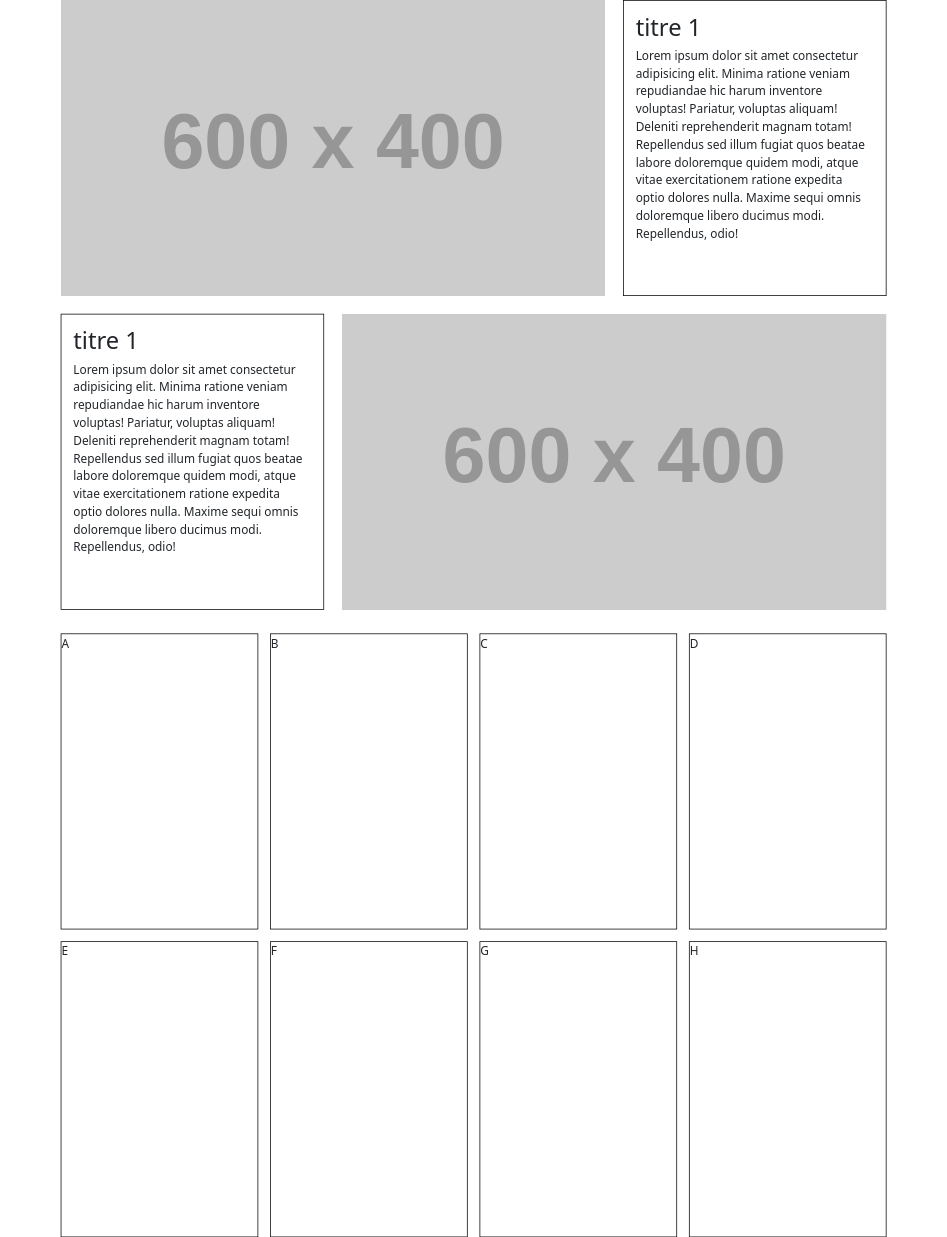
Repository: fbansept/ran3_24_jeu
Page: correction-tp.html
An editor plug-in stored every save of this project. The page is shown before and after a run of saves, followed by the edit.
The browser window is 1280 px wide. The pictures show the whole page, at 74% of full size.

Above is the page before, as saved 2024-10-22 15:49:31.

### correction-tp.html
<!DOCTYPE html>
<html lang="en">
  <head>
    <meta charset="UTF-8" />
    <meta name="viewport" content="width=device-width, initial-scale=1.0" />
    <title>Document</title>

    <link
      href="https://cdn.jsdelivr.net/npm/bootstrap@5.3.3/dist/css/bootstrap.min.css"
      rel="stylesheet"
      integrity="sha384-QWTKZyjpPEjISv5WaRU9OFeRpok6YctnYmDr5pNlyT2bRjXh0JMhjY6hW+ALEwIH"
      crossorigin="anonymous"
    />

    <script
      defer
      src="https://cdn.jsdelivr.net/npm/bootstrap@5.3.3/dist/js/bootstrap.bundle.min.js"
      integrity="sha384-YvpcrYf0tY3lHB60NNkmXc5s9fDVZLESaAA55NDzOxhy9GkcIdslK1eN7N6jIeHz"
      crossorigin="anonymous"
    ></script>

    <link rel="stylesheet" href="style.css" />
  </head>
  <body class="container">
    <section class="mb-lg-3">
      <div class="row">
        <img
          class="col-md-6 col-lg-8"
          src="https://placehold.co/600x400"
          alt=""
        />
        <article class="col-md-6 col-lg-4">
          <div>
            <h2>titre 1</h2>
            <p>
              Lorem ipsum dolor sit amet consectetur adipisicing elit. Minima
              ratione veniam repudiandae hic harum inventore voluptas! Pariatur,
              voluptas aliquam! Deleniti reprehenderit magnam totam! Repellendus
              sed illum fugiat quos beatae labore doloremque quidem modi, atque
              vitae exercitationem ratione expedita optio dolores nulla. Maxime
              sequi omnis doloremque libero ducimus modi. Repellendus, odio!
            </p>
          </div>
        </article>
      </div>
      <div class="row flex-md-row-reverse mt-4">
        <img
          class="col-md-6 col-lg-8"
          src="https://placehold.co/600x400"
          alt=""
        />
        <article class="col-md-6 col-lg-4">
          <div>
            <h2>titre 1</h2>
            <p>
              Lorem ipsum dolor sit amet consectetur adipisicing elit. Minima
              ratione veniam repudiandae hic harum inventore voluptas! Pariatur,
              voluptas aliquam! Deleniti reprehenderit magnam totam! Repellendus
              sed illum fugiat quos beatae labore doloremque quidem modi, atque
              vitae exercitationem ratione expedita optio dolores nulla. Maxime
              sequi omnis doloremque libero ducimus modi. Repellendus, odio!
            </p>
          </div>
        </article>
      </div>
    </section>
    <section
      class="row row-cols-1 row-cols-md-2 row-cols-lg-4 g-3 g-md-0 g-lg-3 mt-2 mt-md-3"
    >
      <article class="col">
        <div><span>A</span></div>
      </article>
      <article class="col">
        <div><span>B</span></div>
      </article>
      <article class="col">
        <div><span>C</span></div>
      </article>
      <article class="col">
        <div><span>D</span></div>
      </article>
      <article class="col">
        <div><span>E</span></div>
      </article>
      <article class="col">
        <div><span>F</span></div>
      </article>
      <article class="col">
        <div><span>G</span></div>
      </article>
      <article class="col">
        <div><span>H</span></div>
      </article>
    </section>
  </body>
</html>

### style.css
section > div > img,
section > article > div,
section > div > article {
  height: 400px;
}

section > article > div,
section > div > article > div {
  border: 1px solid black;
}

section > div > article > div {
  height: 100%;
  padding: 1em;
}

section > div > img {
  object-fit: cover;
}

/* section > div:nth-child(even) {
  flex-direction: row-reverse;
} */

@media (min-width: 992px) {
  section > article.row {
    margin-top: 0;
  }
}

After the next 3 saves:
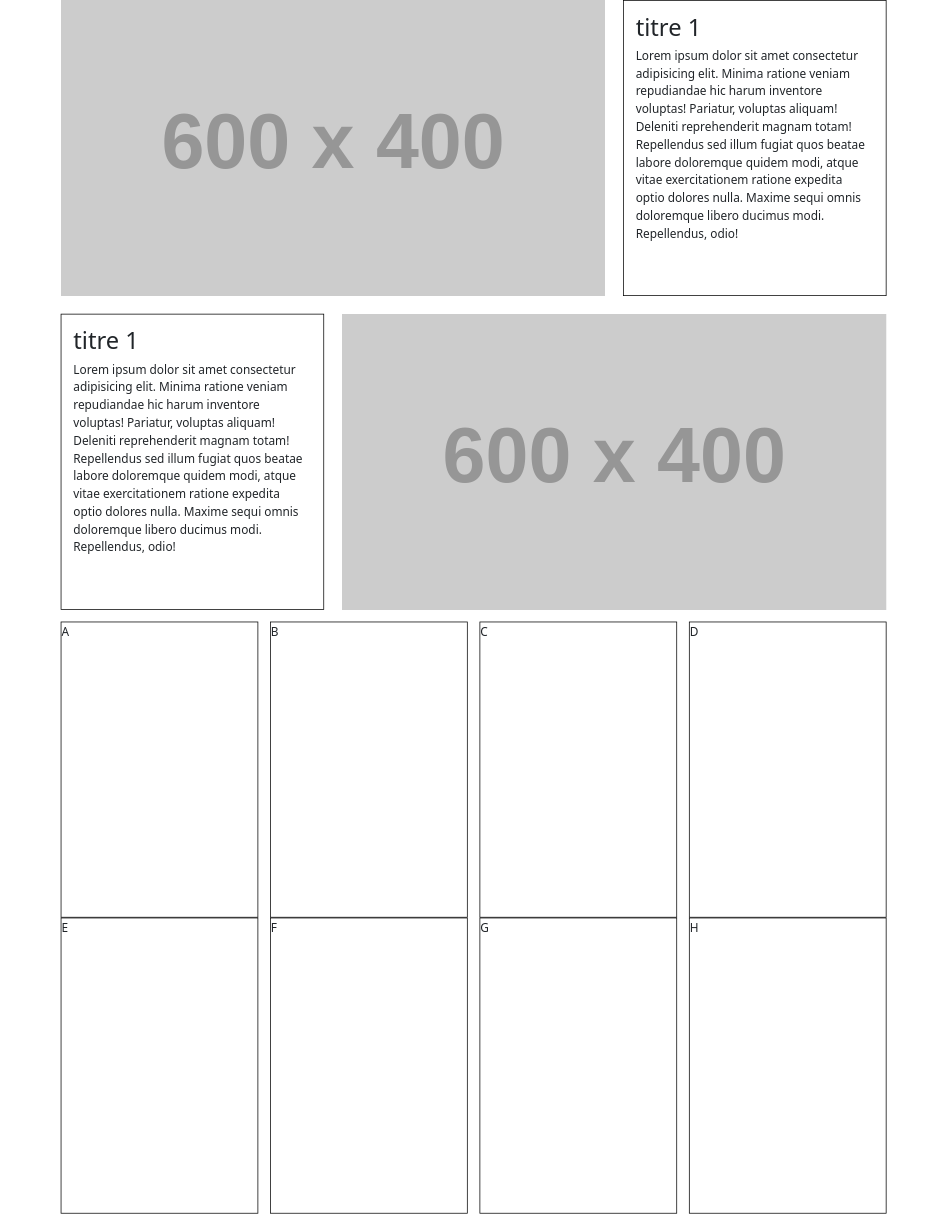
The 3 saves are shown as one change because they came seconds apart.
The last was saved 29 s later.
--- a/style.css
+++ b/style.css
@@ -23,7 +23,7 @@
 } */
 
 @media (min-width: 992px) {
-  section > article.row {
+  section.row > article.col {
     margin-top: 0;
   }
 }

After the save that followed:
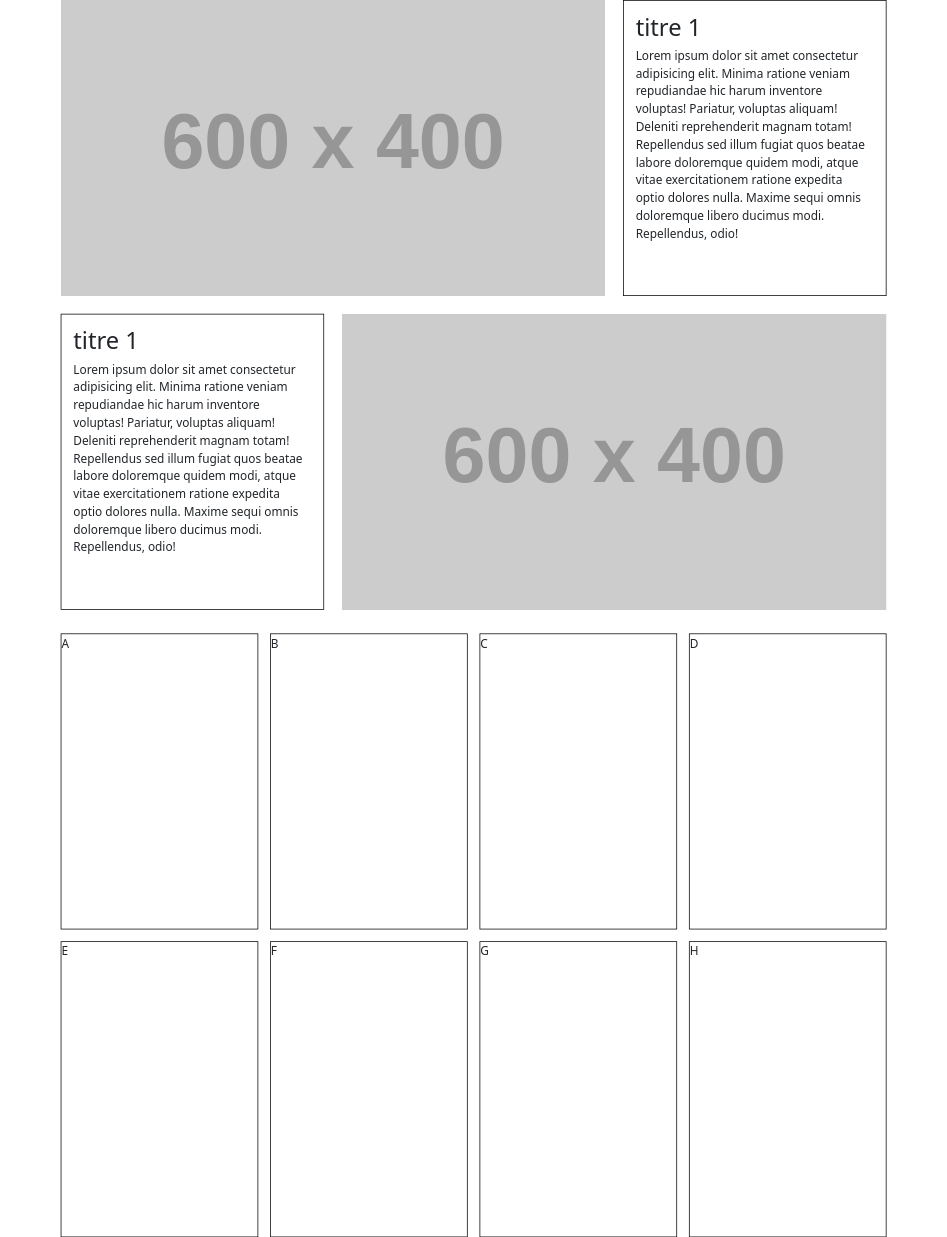
Saved 16 s later.
--- a/style.css
+++ b/style.css
@@ -23,7 +23,7 @@
 } */
 
 @media (min-width: 992px) {
-  section.row > article.col {
+  section.row > article.col: {
     margin-top: 0;
   }
 }
